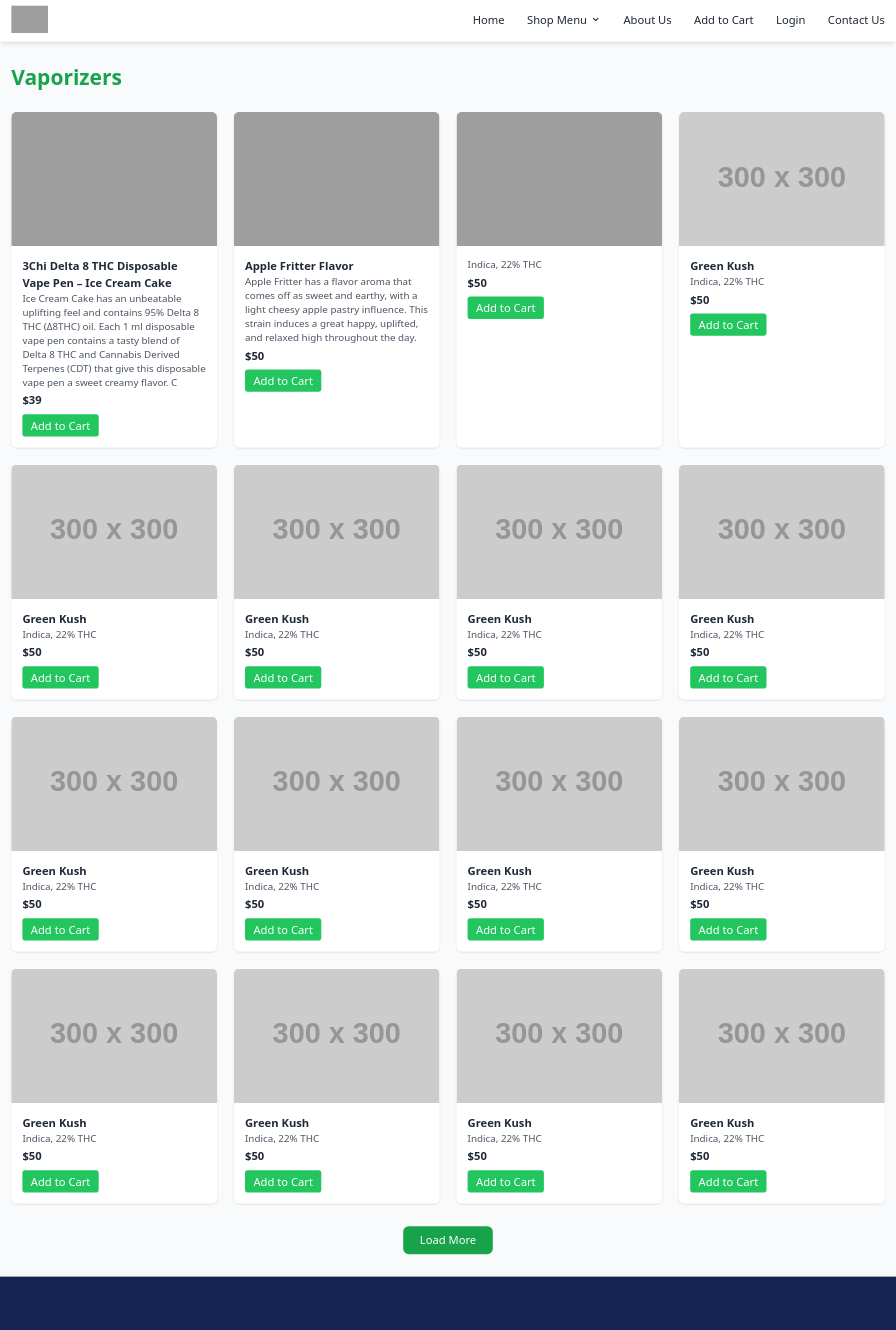
Repository: faryalsaleem50/greencare-cannabis
Page: vaporizers.html
An editor plug-in stored every save of this project. The page is shown before and after the next save, followed by the edit.
The browser window is 1280 px wide. The pictures show the part of the page from y = 4 to 1904 px (the page is 2420 px tall), at 70% of full size.
Pictures or frames that could not be fetched are drawn as grey boxes. A picture or video elsewhere on the page could not be fetched, so the positions and the page height are approximate. Some web libraries are served in a nearby version.

Above is the page before, as saved 2026-02-11 15:56:30.

After the next save:
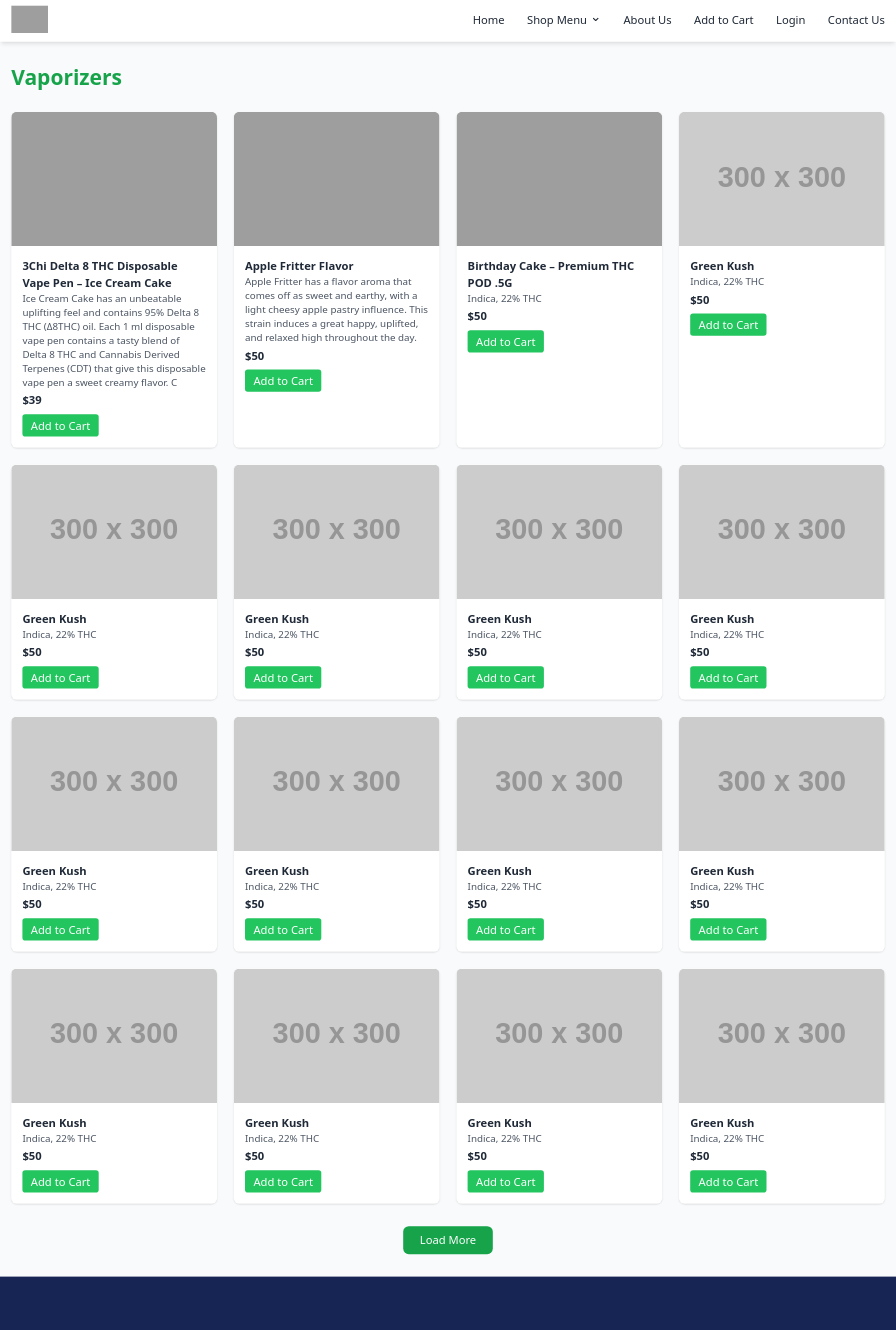
Saved 7 s later.
--- a/vaporizers.html
+++ b/vaporizers.html
@@ -135,7 +135,8 @@ C</p>
        <div class="bg-white rounded-lg shadow overflow-hidden">
         <img src="https://www.greencarecannabisdispensary.com/wp-content/uploads/2022/08/stiiizy-05g-og-pod_-universal-birthday-cake.webp" alt="Product" class="w-full h-48 object-cover" />
         <div class="p-4">
-          <h3 class="font-semibold"></h3>
+          <h3 class="font-semibold">Birthday Cake – Premium THC POD .5G
+</h3>
           <p class="text-sm text-gray-600">Indica, 22% THC</p>
           <p class="font-bold mt-1">$50</p>
           <button class="mt-2 bg-primary text-white px-3 py-1 rounded hover:bg-secondary transition add-to-cart">
